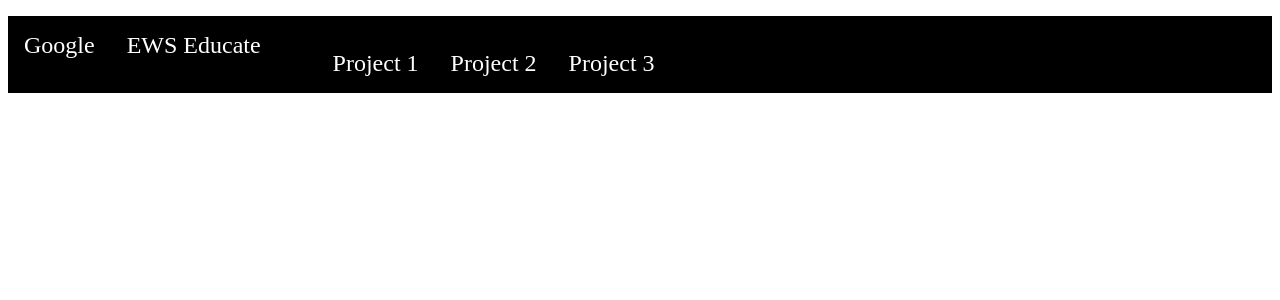
Repository: GiangNguyen2805/GiangNguyen2805.github.io
Page: index.html
The author's editor kept a record of every edit. The page is drawn from the files as they stood at one moment, then again after the next edit.
The browser window is 1280 px wide. The pictures show the whole page.

Above is the page before.

### index.html
<!DOCTYPE html>
<html>
<head>
<title>Page Title</title>
<style>
    .navbar{
        list-style: none;
        background-color: black;
        overflow: hidden;
        padding: 0;
    }
    .navbar a{
        text-decoration: none;
        color: white ;
        font-size: 24px;
        padding: 16px;
        display: inline-block;
    }
   .navbar li{
       float: left;
   }
   .navbar li:hover{
       background-color: blue;
   }
   .dropdown-content{
       list-style: none;
       padding: 0;
   }
   .dropdown-content li{
       float: none;
       padding: 0;

   }
</style>


</head>
<body>

<ul class="navbar">
<li><a href="https://www.google.com">Google</a></li>
<li><a href="https://www.awseducate.com">EWS Educate</a></li>
<li>
    <div>More Links</div>
    <ul class="dropdown content">
        <li><a href="a">Project 1</a></li>
        <li><a href="a">Project 2</a></li>
        <li><a href="a">Project 3</a></li>

    </ul>
</li>
</body>
</html>

After the next edit:
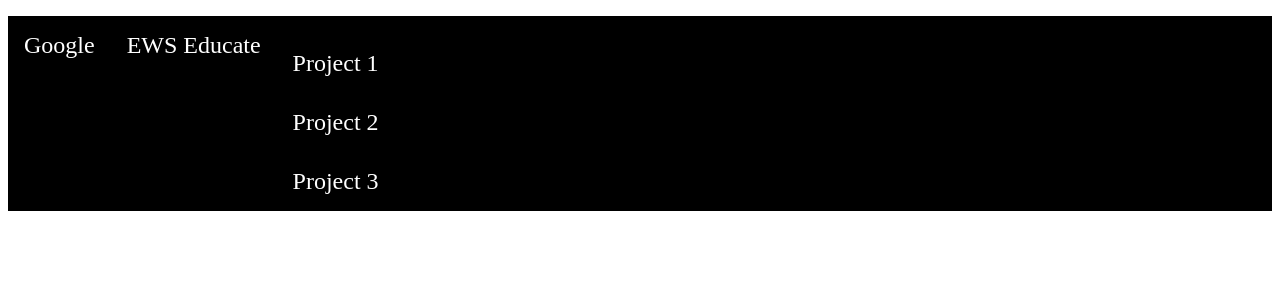
The edit:
--- a/index.html
+++ b/index.html
@@ -42,7 +42,7 @@
 <li><a href="https://www.awseducate.com">EWS Educate</a></li>
 <li>
     <div>More Links</div>
-    <ul class="dropdown content">
+    <ul class="dropdown-content">
         <li><a href="a">Project 1</a></li>
         <li><a href="a">Project 2</a></li>
         <li><a href="a">Project 3</a></li>
